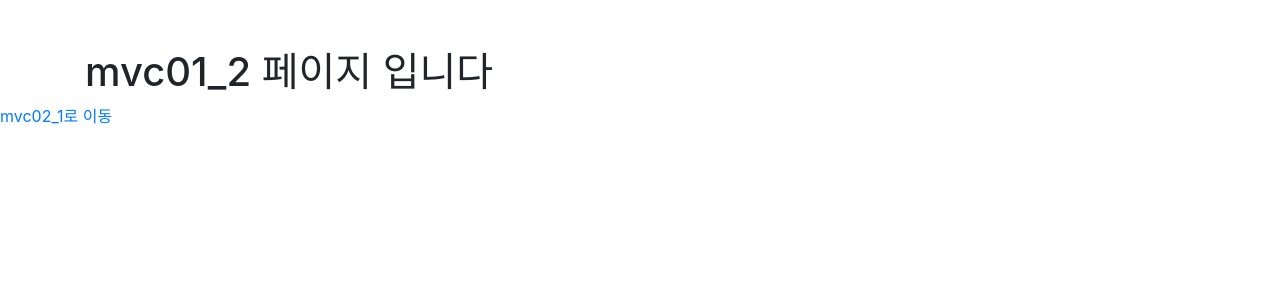
Repository: jaybon1/clone1
Page: http://localhost/sat0613/mvc06_2.jsp
An editor plug-in stored every save of this project. The page is shown before and after the next save, followed by the edit.
The browser window is 1280 px wide. The pictures show the whole page.
The page is served by Tomcat 9.

Above is the page before, as saved 2020-06-10 16:10:29.

### sat0613/WebContent/mvc06_2.jsp
<%@ page language="java" contentType="text/html; charset=UTF-8"
	pageEncoding="UTF-8"%>
<!DOCTYPE html>
<html>
<head>
<meta charset="UTF-8">
<link rel="stylesheet" href="https://maxcdn.bootstrapcdn.com/bootstrap/4.5.0/css/bootstrap.min.css">
<script src="https://ajax.googleapis.com/ajax/libs/jquery/3.5.1/jquery.min.js"></script>
<script src="https://cdnjs.cloudflare.com/ajax/libs/popper.js/1.16.0/umd/popper.min.js"></script>
<script src="https://maxcdn.bootstrapcdn.com/bootstrap/4.5.0/js/bootstrap.min.js"></script>
<title>Insert title here</title>
</head>
<body>
	<div class="container">
		<br />
		<br />
		<h1>mvc01_2 페이지 입니다</h1>
	</div>

	<a href="mvc02_1.jsp">mvc02_1로 이동</a>
</body>
</html>

After the next save:
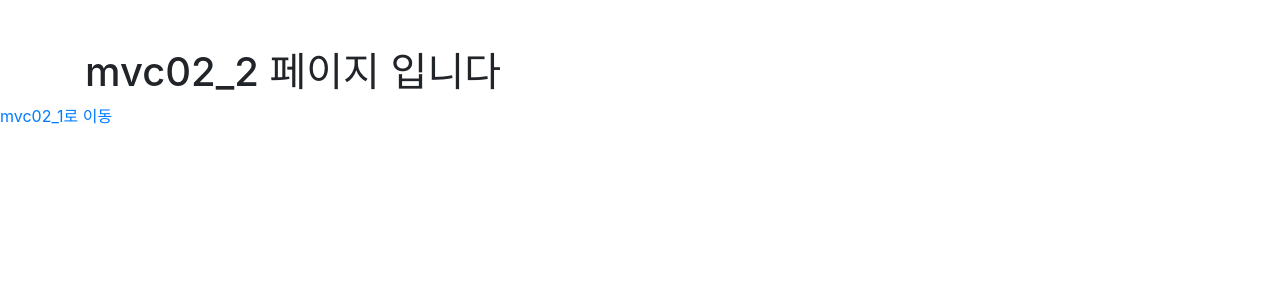
Saved 26 s later.
--- a/sat0613/WebContent/mvc06_2.jsp
+++ b/sat0613/WebContent/mvc06_2.jsp
@@ -14,7 +14,7 @@
 	<div class="container">
 		<br />
 		<br />
-		<h1>mvc01_2 페이지 입니다</h1>
+		<h1>mvc02_2 페이지 입니다</h1>
 	</div>
 
 	<a href="mvc02_1.jsp">mvc02_1로 이동</a>
